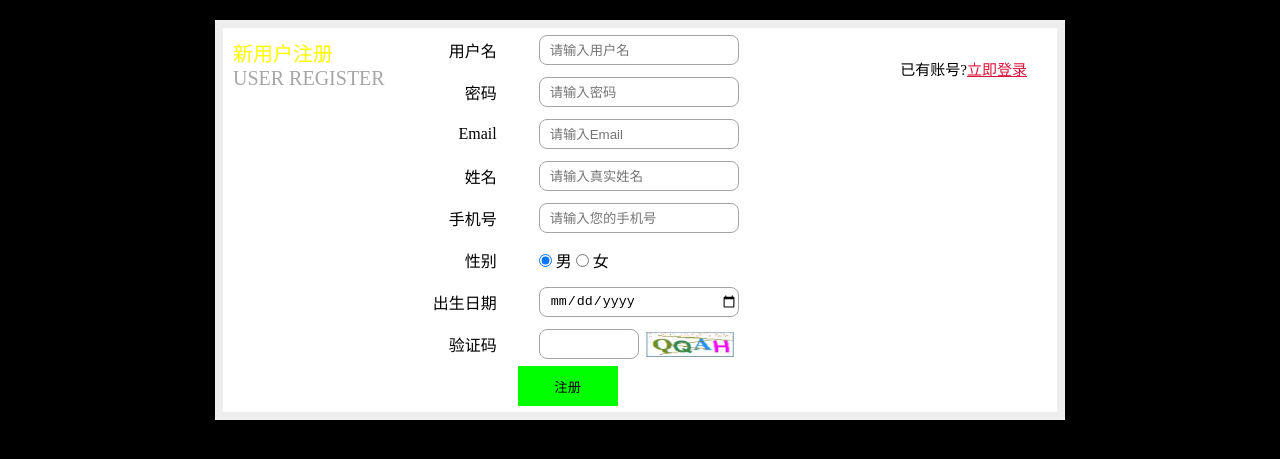
Repository: eheihaha2/whoisthespy-
Page: webDemo/WebContent/register.html
These files come from the project's save history. The page is drawn as it stood at one moment and after the next save; the edit follows.
The browser window is 1280 px wide. The pictures show the whole page.

Above is the page before, as saved 2020-02-25 06:49:39.

### webDemo/WebContent/register.html
<!DOCTYPE html>
<html lang="en">
  <head>
    <meta charset="UTF-8">
    <title>注册页面</title>
    <link rel="stylesheet" href="css/register.css">
  </head>
  <body>

    <div class="reg_back">
        <div class="reg_left">
            <p>新用户注册</p>
            <p>USER REGISTER</p>
        </div>
        <div class="reg_center">
            <div class="reg_form">
                <form action="#" method="post">
                    <table>
                        <tr>
                            <td class="td_left"><label for="username">用户名</label></td>
                            <td class="td_right"><input type="text" name="username" placeholder="请输入用户名"
                                                        id="username"></td>
                        </tr>
                        <tr>
                            <td class="td_left"><label for="password">密码</label></td>
                            <td class="td_right"><input type="password" name="password" placeholder="请输入密码"
                                                        id="password"></td>
                        </tr>
                        <tr>
                            <td class="td_left"><label for="Email">Email</label></td>
                            <td class="td_right"><input type="email" name="email" placeholder="请输入Email" id="Email">
                            </td>
                        </tr>
                        <tr>
                            <td class="td_left"><label for="rename">姓名</label></td>
                            <td class="td_right"><input type="text" name="rename" placeholder="请输入真实姓名" id="rename">
                            </td>
                        </tr>
                        <tr>
                            <td class="td_left"><label for="Telphone">手机号</label></td>
                            <td class="td_right"><input type="text" name="telphone" placeholder="请输入您的手机号"
                                                        id="Telphone"></td>
                        </tr>
                        <tr>
                            <td class="td_left"><label>性别</label></td>
                            <td class="td_right"><input type="radio" name="gender" value="male" checked> 男
                                <input type="radio" name="gender" value="female"> 女
                            </td>
                        </tr>
                        <tr>
                            <td class="td_left"><label for="Birthday">出生日期</label></td>
                            <td class="td_right"><input type="date" name="birthday" id="Birthday"></td>
                        </tr>
                        <tr>
                            <td class="td_left"><label for="checkcode">验证码</label></td>
                            <td class="td_right"><input type="text" name="checkcode" id="checkcode">
                                <img src="imag/10.png" id="img_check"></td>
                                <!-- 10.png为验证码图片 -->
                        </tr>
                        <tr>
                            <td colspan="2" align="center"><input type="submit" value="注册" id="btn_sub"></td>
                        </tr>
                    </table>
                </form>
            </div>
        </div>
        <div class="reg_right">
            <p>已有账号?<a href="#">立即登录</a></p>
        </div>
    </div>
  </body>
</html>

### webDemo/WebContent/css/register.css
* {
margin: 0px;
padding: 0px;
box-sizing: border-box;
}

body {
    background: black;
    /*设置图片适应整个页面*/
    background-size: 100% 100%;
    background-attachment:fixed;
}

.reg_back {
    /*设置整体的尺寸、背景色、边距等*/
    width: 850px;
    height: 400px;
    border: 8px solid #eeeeee;
    background: white;
    margin: auto;
    margin-top: 20px;
}

.reg_left {
    /*设置左浮动和外边距*/
    float: left;
    margin: 10px;
}

.reg_left > p:first-child {
    /*设置段落（新用户注册）颜色和字体大小*/
    color: yellow;
    font-size: 20px;
}

.reg_left > p:last-child {
    /*设置段落（USER REGISTER）颜色和字体大小*/
    color: #A6A6A6;
    font-size: 20px;
}

.reg_center {
    /*设置中间的各种输入框等*/
    float: left;
    width: 450px;
}

.reg_right {
    /*设置右边段落浮动和外间距*/
    float: right;
    margin: 30px;
}

.reg_right > p:first-child {
    font-size: 15px;
}

.reg_right p a {
    /*设置超链接（立即登录）颜色*/
    color: crimson;
}

.td_left {
    /*设置表单中字体对齐方式和宽度、高度*/
    width: 100px;
    text-align: right;
    height: 40px;
}

.td_right {
    /*设置输入框内边距*/
    padding-left: 40px;
}

#username ,#password,#Email, #rename ,#Telphone,#Birthday,#checkcode{
    /*设置输入框大小和边框*/
    width: 200px;
    height: 30px;
    border: 1px solid #A4A4A4;
    /* 设置边框为圆角 */
    border-radius: 8px;
    padding-left: 10px;
}
#checkcode{
    /*验证码宽度*/
    width: 100px;
}
#img_check{
    /*验证码图片*/
    vertical-align: middle;
    height: 30px;
    width: 95px;
}
#btn_sub{
    /*注册按钮*/
    background: lime;
    width: 100px;
    height: 40px;
    border: 1px solid lime ;
}

After the next save:
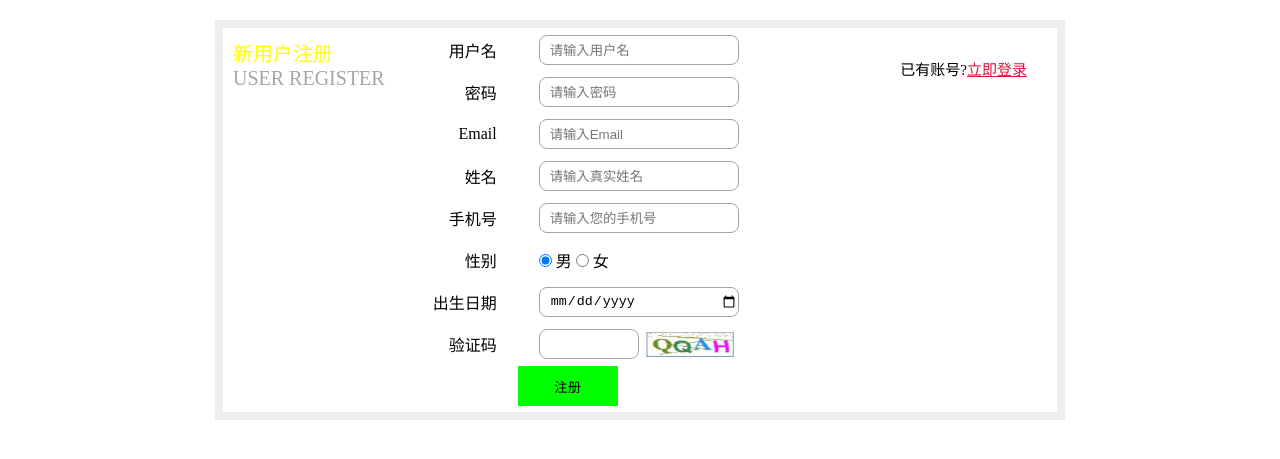
Saved 46 s later.
--- a/webDemo/WebContent/css/register.css
+++ b/webDemo/WebContent/css/register.css
@@ -5,7 +5,7 @@ box-sizing: border-box;
 }
 
 body {
-    background: black;
+    background-img: url(imag/9.jpg) no-repeat center;
     /*设置图片适应整个页面*/
     background-size: 100% 100%;
     background-attachment:fixed;
